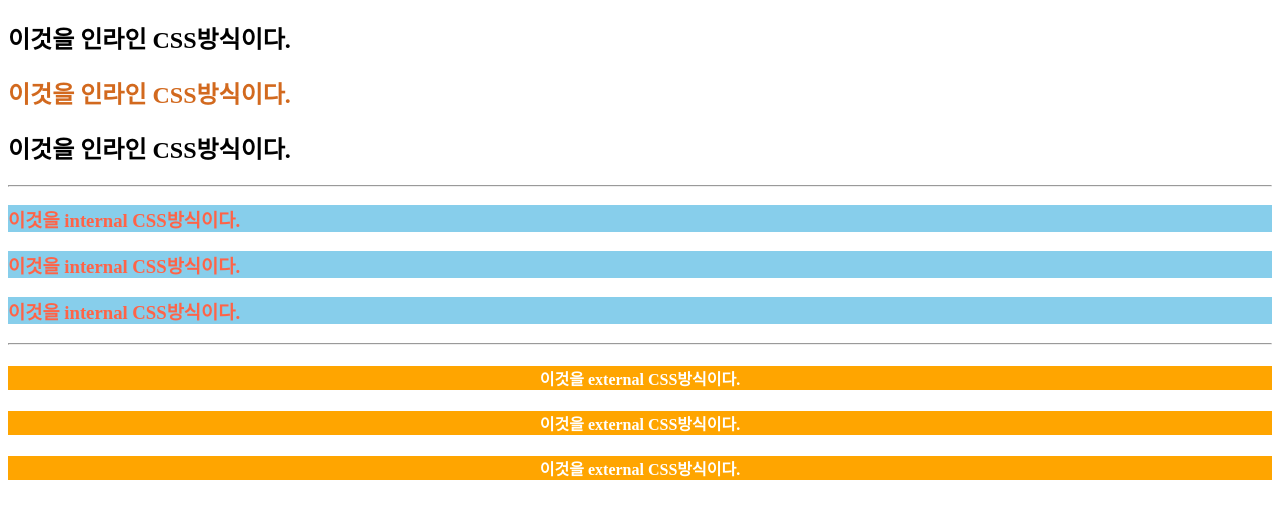
Repository: claddds/2023_webstudy
Page: 01_html/src/main/webapp/day01/ex07_style.html
An editor plug-in stored every save of this project. The page is shown before and after the next save, followed by the edit.
The browser window is 1280 px wide. The pictures show the whole page.

Above is the page before, as saved 2023-06-19 09:15:15.

### 01_html/src/main/webapp/day01/ex07_style.html
<!DOCTYPE html>
<html>
<head>
<meta charset="UTF-8">
<title>Insert title here</title>
<link rel="stylesheet" href="style01.css">
<style type="text/css">
h3{
	color:tomato;
	background-color: skyblue;
}
</style>
</head>
<body>
<!--
	CSS(style 적용 3가지 방법)
	1. 인라인 - 시작태그에 style속성 사용
	2. internal(내부) - head태그안에 style태그 사용
	3. external(외부) - CSS파일을 별도로 만들어서 head태그안에서 link태그를 사용
 -->

 <h2>이것을 인라인 CSS방식이다.</h2>
 <h2 style="color: Chocolate">이것을 인라인 CSS방식이다.</h2>
 <h2>이것을 인라인 CSS방식이다.</h2>
 <hr>

 <h3>이것을 internal CSS방식이다.</h3>
 <h3>이것을 internal CSS방식이다.</h3>
 <h3>이것을 internal CSS방식이다.</h3>
 <hr>

 <h4>이것을 external CSS방식이다.</h4>
 <h4>이것을 external CSS방식이다.</h4>
 <h4>이것을 external CSS방식이다.</h4>

</body>
</html>

### 01_html/src/main/webapp/day01/style01.css
@charset "UTF-8";
h4{
	background-color: orange;
	color:white;
	text-align: center;
	font-weight: bold;
}

After the next save:
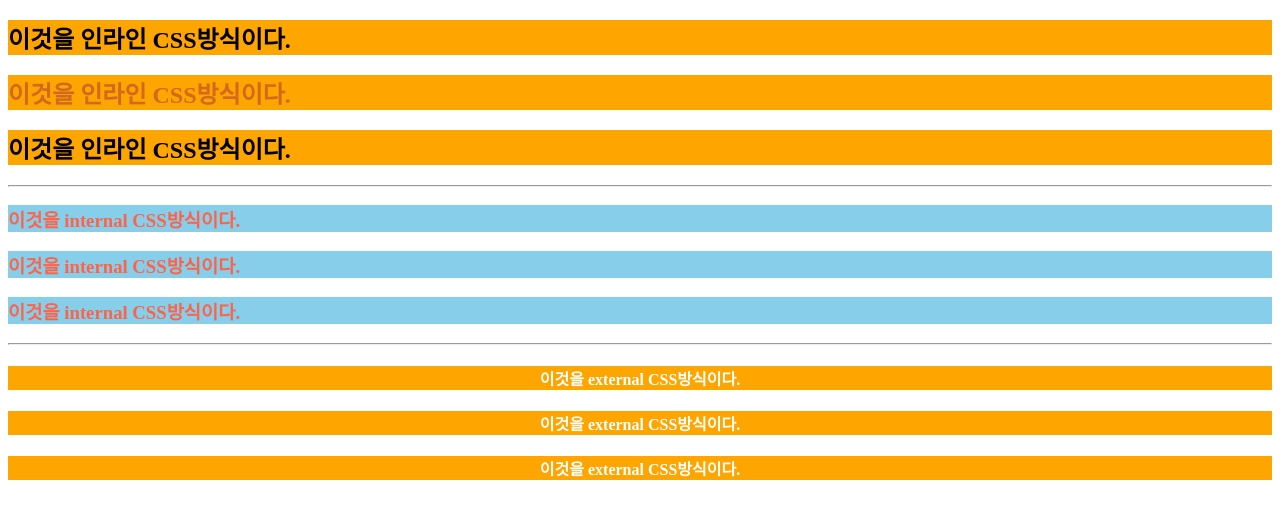
Saved 95 s later.
--- a/01_html/src/main/webapp/day01/style01.css
+++ b/01_html/src/main/webapp/day01/style01.css
@@ -5,3 +5,9 @@ h4{
 	text-align: center;
 	font-weight: bold;
 }
+h3{
+	background-color: orange;
+}
+h2{
+	background-color: orange;
+}
